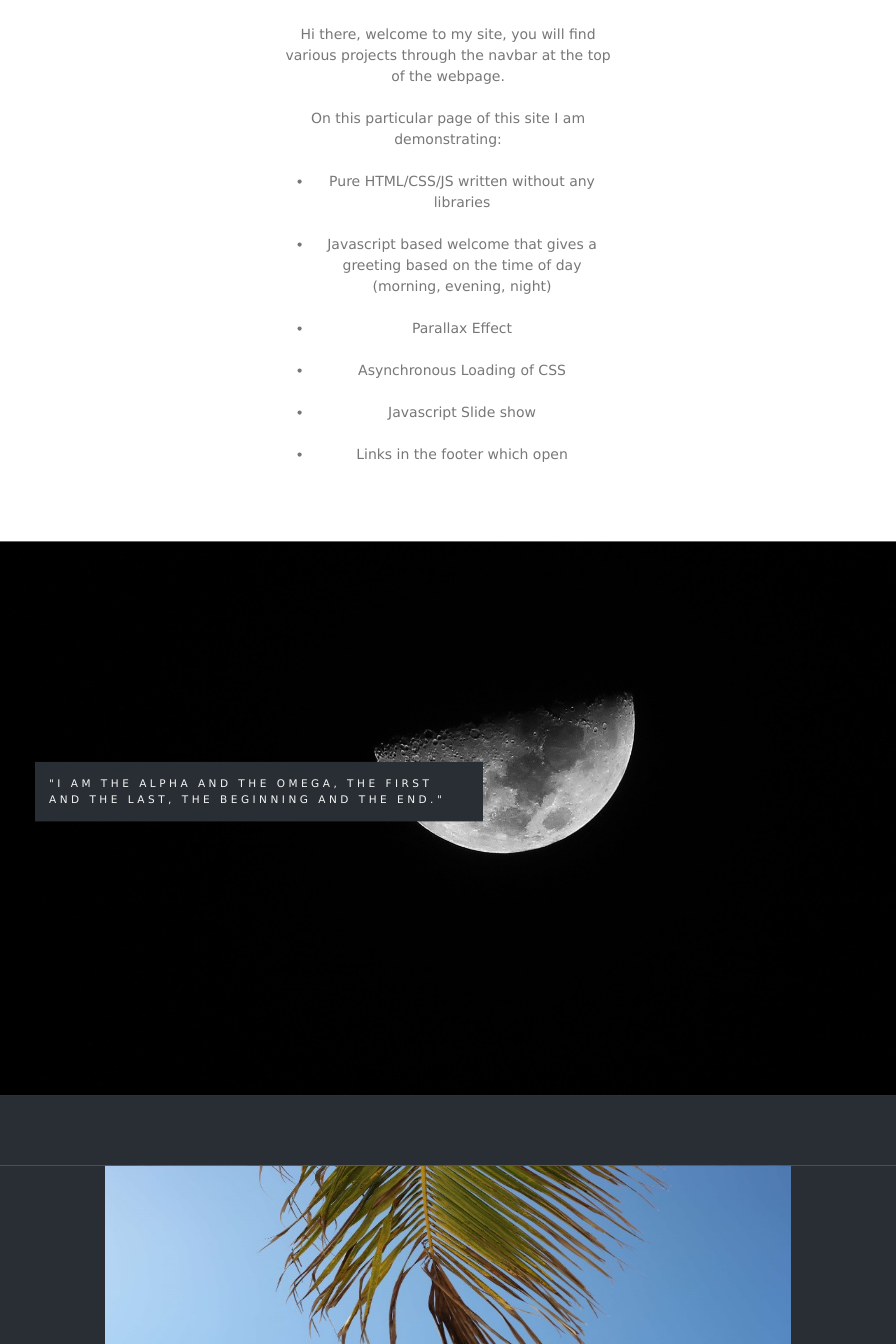
Repository: Jasondhillon/jasondhillon.github.io
Page: index.html
These files come from the project's save history. The page is drawn as it stood at one moment and after the next save; the edit follows.
The browser window is 1280 px wide. The pictures show the part of the page from y = 918 to 2838 px (the page is 4096 px tall before and 4126 px after), at 70% of full size.
Backgrounds fixed to the window are drawn as part of the page.

Above is the page before, as saved 2020-04-07 17:37:37.

After the next save:
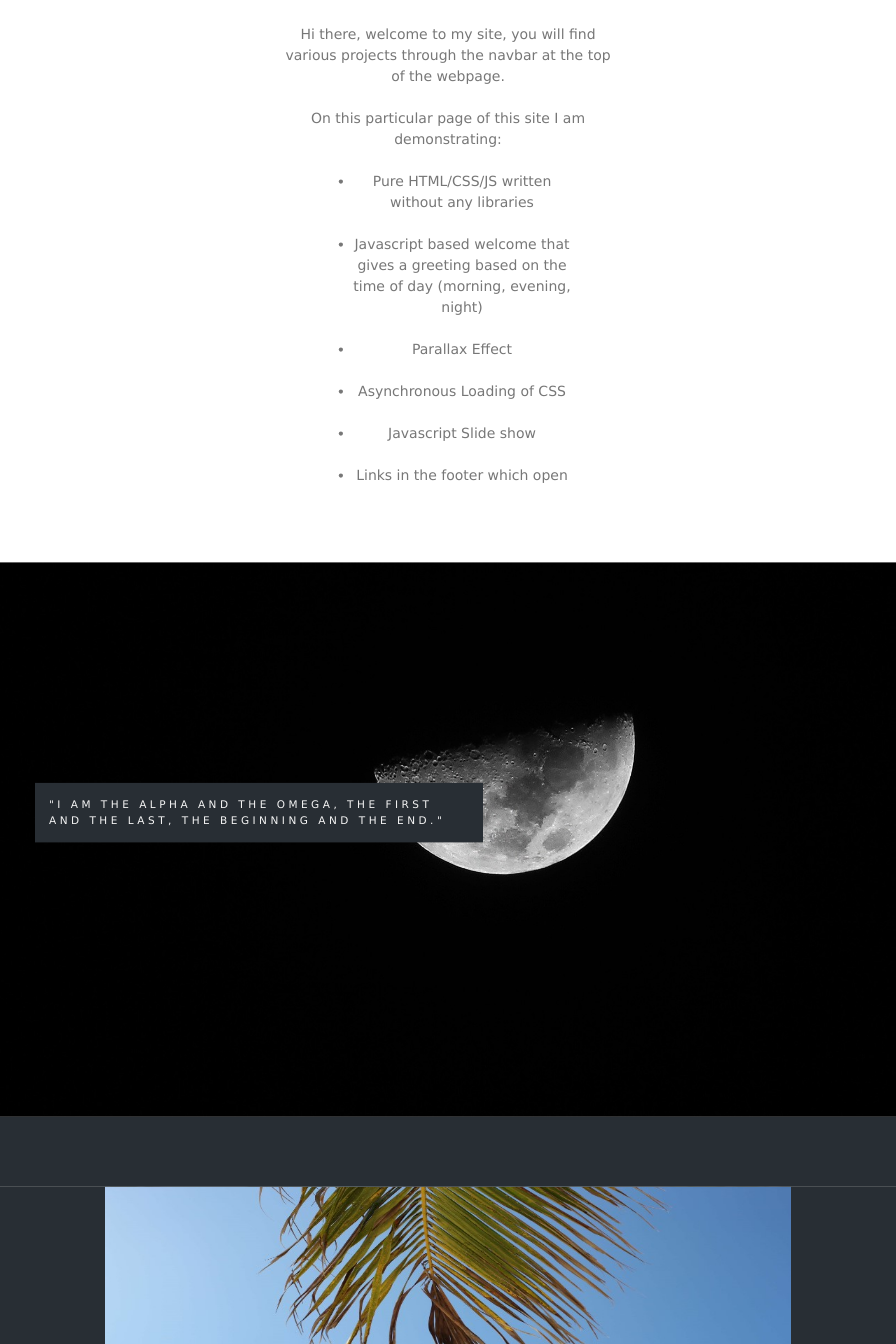
Saved 22 s later.
--- a/index.html
+++ b/index.html
@@ -204,7 +204,7 @@
       Hi there, welcome to my site, you will find various projects through the navbar at the top of the webpage.</p>
       <p id="quote">
         On this particular page of this site I am demonstrating:</p>
-      <ul id="quote">
+      <ul id="quote" style="width: 30%;">
         <li>Pure HTML/CSS/JS written without any libraries</li>
         <li> Javascript based welcome that gives a greeting based on the time of day (morning, evening, night)</li>
         <li>Parallax Effect</li>
